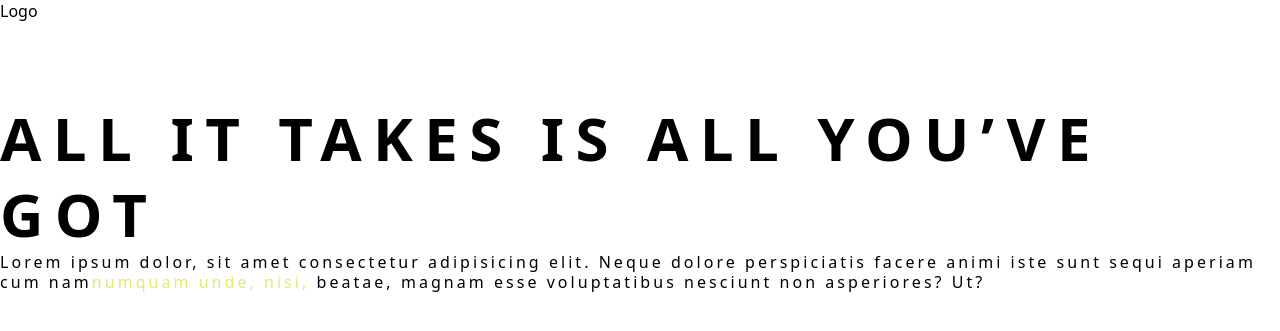
Repository: Thtsuman/dfc-site-v1
Page: /
The author's editor kept a copy of each file at every save. The page is drawn from the files as they stood at one save, then again after the next save.
The browser window is 1280 px wide. The pictures show the whole page.
The project was rebuilt for these pictures with package versions that can differ from the ones it lists, and the page was loaded fresh each time.

Above is the page before, as saved 2022-07-29 22:56:59.

After the next save:
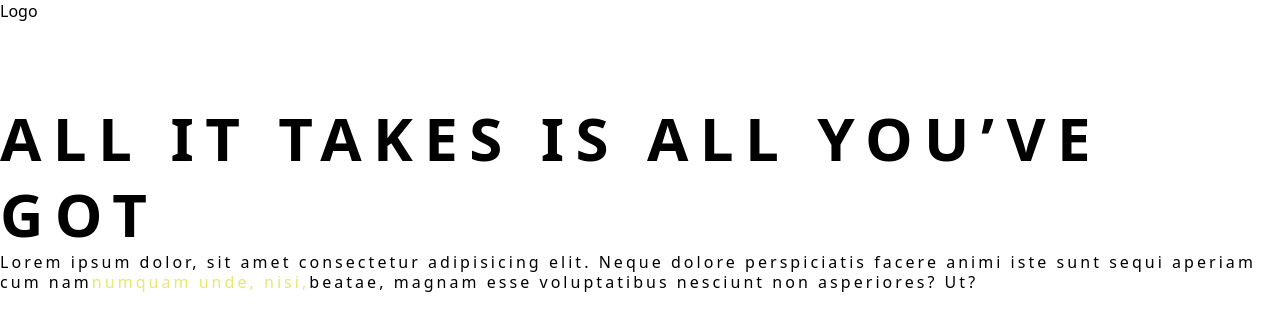
Saved 7 s later.
--- a/src/app.jsx
+++ b/src/app.jsx
@@ -11,7 +11,6 @@ const app = () => (
       Lorem ipsum dolor, sit amet consectetur adipisicing elit. Neque dolore
       perspiciatis facere animi iste sunt sequi aperiam cum nam
       <span className="primary">numquam unde, nisi,</span>
-      {' '}
       beatae, magnam esse voluptatibus nesciunt non asperiores? Ut?
     </Typography>
   </div>
